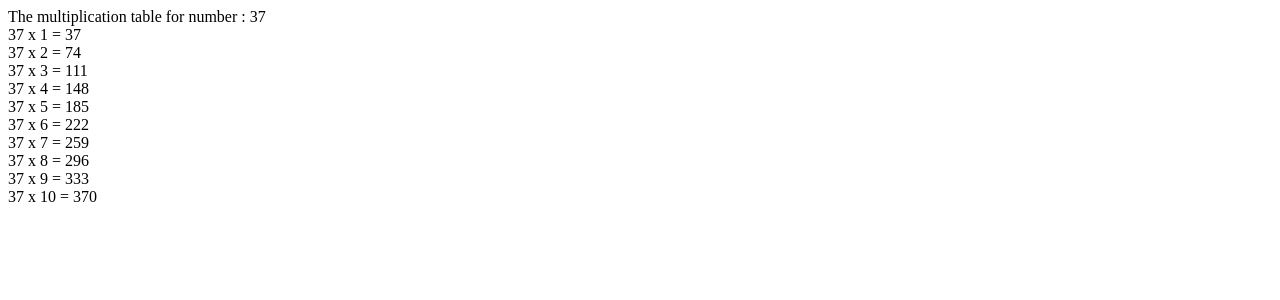
Repository: ajayrkp/HTML_CSS_Notes
Page: http://localhost/exercise_4.php
The author's editor kept a copy of each file at every save. The page is drawn from the files as they stood at one save, then again after the next save.
The browser window is 1280 px wide. The pictures show the whole page.
The page is run by PHP 8.4 with error messages shown; the project is at /var/www/html/.

Above is the page before, as saved 2012-10-12 23:50:16.

### HomeWorks/exercise_4.php
<!--
	 Day 5 Exercise 4
** Write a short program to print a multiplication or times
** table. Your program should output something like:
**   - Here is the 5's table:
**   - 5 X 1 = 5
**   - 5 X 2 = 10
**   -- ...
**   - 5 X 10 = 50
-->

<?php
	// Get the random number between 1 and 20 for the times table
	$startNumberForTable = 1;
	$EndNumberForTable = 99;
	$tableNumber = rand($startNumberForTable, $EndNumberForTable);

	print "The multiplication table for number : " . $tableNumber . "<br>";

	for($i = 1; $i<11; $i++) {
		print $tableNumber . " x " . $i . " = " . ($tableNumber * $i) . "<br>";
	}

?>

After the next save:
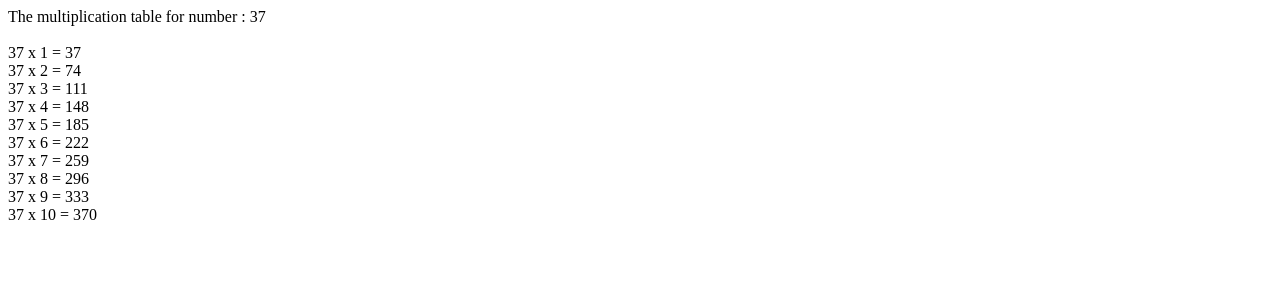
Saved 7 min 54 s later.
--- a/HomeWorks/exercise_4.php
+++ b/HomeWorks/exercise_4.php
@@ -15,7 +15,7 @@
 	$EndNumberForTable = 99;
 	$tableNumber = rand($startNumberForTable, $EndNumberForTable);
 
-	print "The multiplication table for number : " . $tableNumber . "<br>";
+	print "The multiplication table for number : " . $tableNumber . "<br><br>";
 
 	for($i = 1; $i<11; $i++) {
 		print $tableNumber . " x " . $i . " = " . ($tableNumber * $i) . "<br>";
